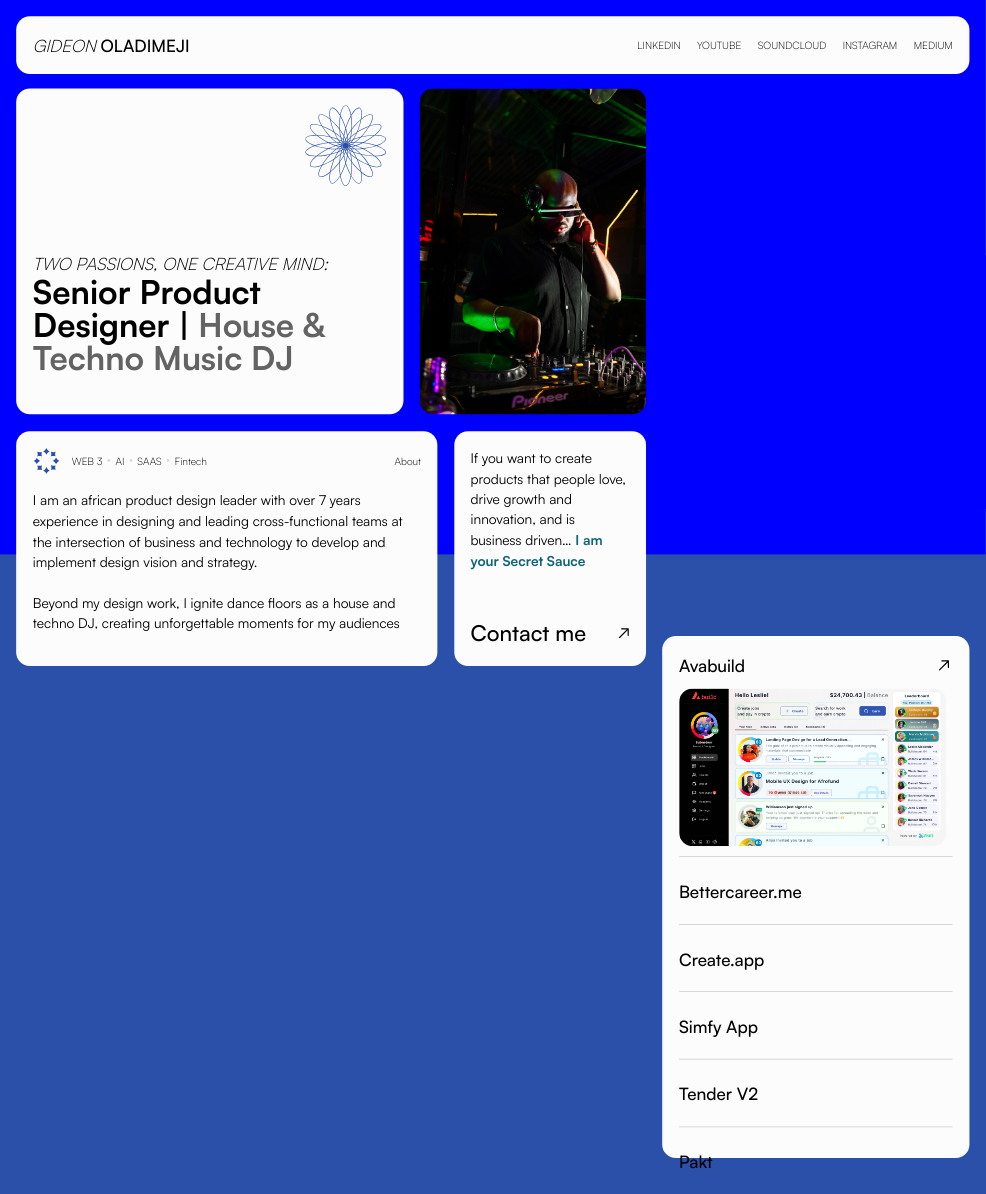
Repository: WilAy1/scalarbnae
Page: /
The author's editor kept a copy of each file at every save. The page is drawn from the files as they stood at one save, then again after a run of saves.
The browser window is 1280 px wide. The pictures show the whole page, at 77% of full size.
The project was rebuilt for these pictures with package versions that can differ from the ones it lists, and the page was loaded fresh each time.

Above is the page before, as saved 2024-11-11 20:28:24.

After the next 2 saves:
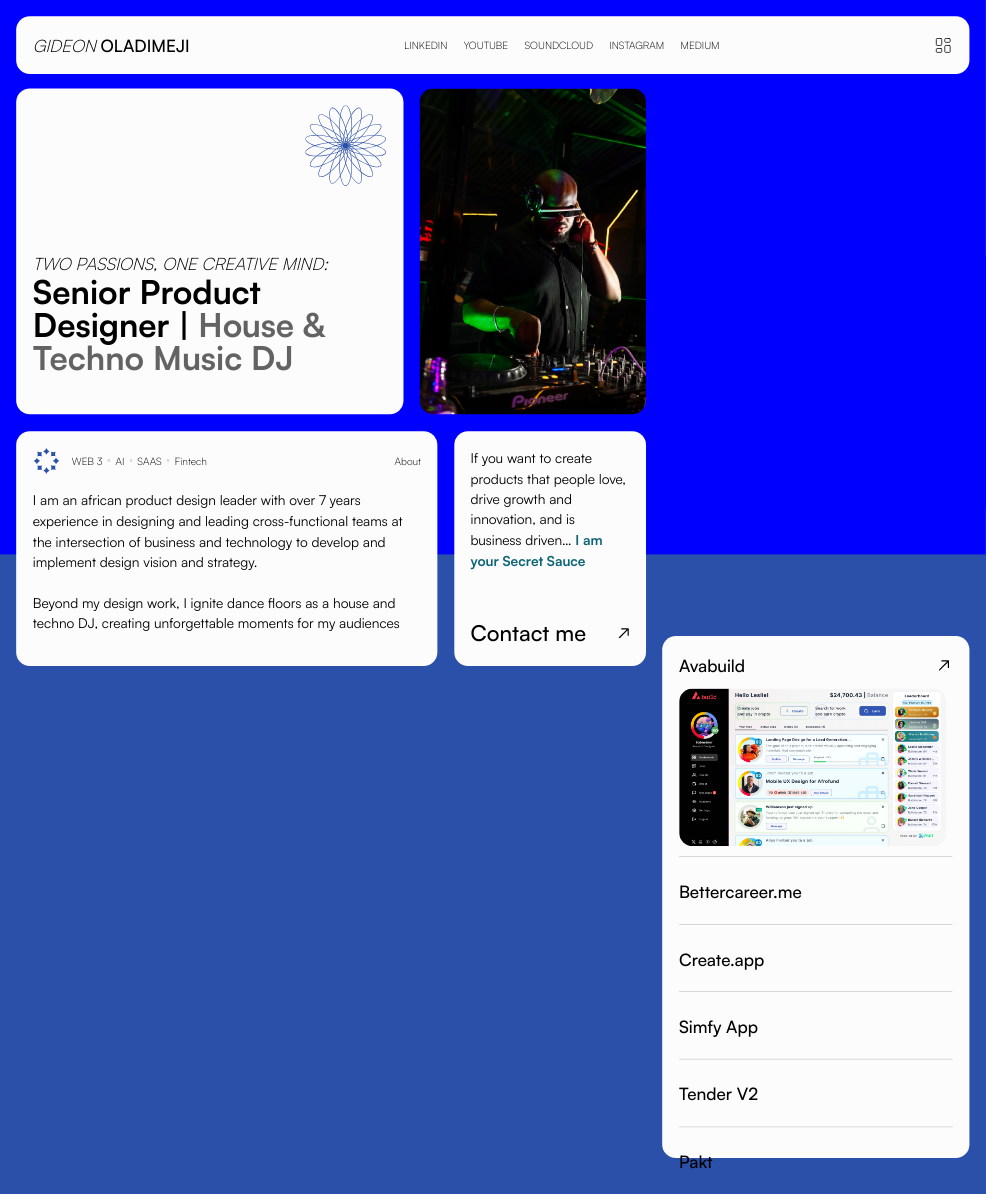
The 2 saves are shown as one change because they came seconds apart.
The last was saved 74 s later.
--- a/src/header.jsx
+++ b/src/header.jsx
@@ -35,6 +35,14 @@
                 })
             }
           </div>
+          <div className="">
+            <svg width="24" height="24" viewBox="0 0 24 24" fill="none" xmlns="http://www.w3.org/2000/svg">
+            <path d="M9 3H4C3.44772 3 3 3.44772 3 4V11C3 11.5523 3.44772 12 4 12H9C9.55228 12 10 11.5523 10 11V4C10 3.44772 9.55228 3 9 3Z" stroke="black" stroke-linecap="round" stroke-linejoin="round"/>
+            <path d="M20 3H15C14.4477 3 14 3.44772 14 4V7C14 7.55228 14.4477 8 15 8H20C20.5523 8 21 7.55228 21 7V4C21 3.44772 20.5523 3 20 3Z" stroke="black" stroke-linecap="round" stroke-linejoin="round"/>
+            <path d="M20 12H15C14.4477 12 14 12.4477 14 13V20C14 20.5523 14.4477 21 15 21H20C20.5523 21 21 20.5523 21 20V13C21 12.4477 20.5523 12 20 12Z" stroke="black" stroke-linecap="round" stroke-linejoin="round"/>
+            <path d="M9 16H4C3.44772 16 3 16.4477 3 17V20C3 20.5523 3.44772 21 4 21H9C9.55228 21 10 20.5523 10 20V17C10 16.4477 9.55228 16 9 16Z" stroke="black" stroke-linecap="round" stroke-linejoin="round"/>
+            </svg>
+          </div>
         </div>
       </div>
     );

After the 2 saves that followed:
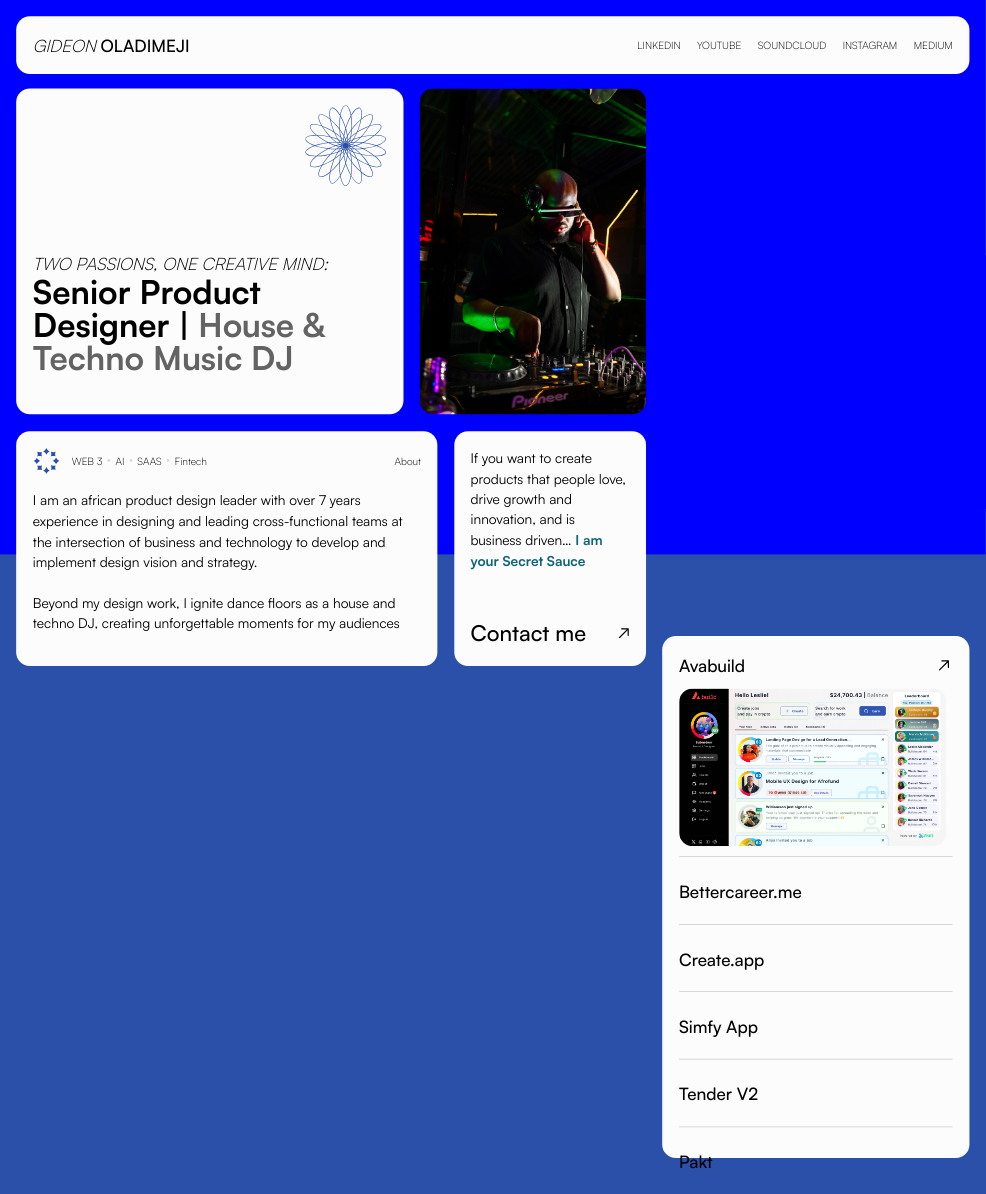
The 2 saves are shown as one change because they came seconds apart.
The last was saved 10 s later.
--- a/src/header.jsx
+++ b/src/header.jsx
@@ -35,7 +35,7 @@
                 })
             }
           </div>
-          <div className="">
+          <div className="md:hidden block">
             <svg width="24" height="24" viewBox="0 0 24 24" fill="none" xmlns="http://www.w3.org/2000/svg">
             <path d="M9 3H4C3.44772 3 3 3.44772 3 4V11C3 11.5523 3.44772 12 4 12H9C9.55228 12 10 11.5523 10 11V4C10 3.44772 9.55228 3 9 3Z" stroke="black" stroke-linecap="round" stroke-linejoin="round"/>
             <path d="M20 3H15C14.4477 3 14 3.44772 14 4V7C14 7.55228 14.4477 8 15 8H20C20.5523 8 21 7.55228 21 7V4C21 3.44772 20.5523 3 20 3Z" stroke="black" stroke-linecap="round" stroke-linejoin="round"/>
